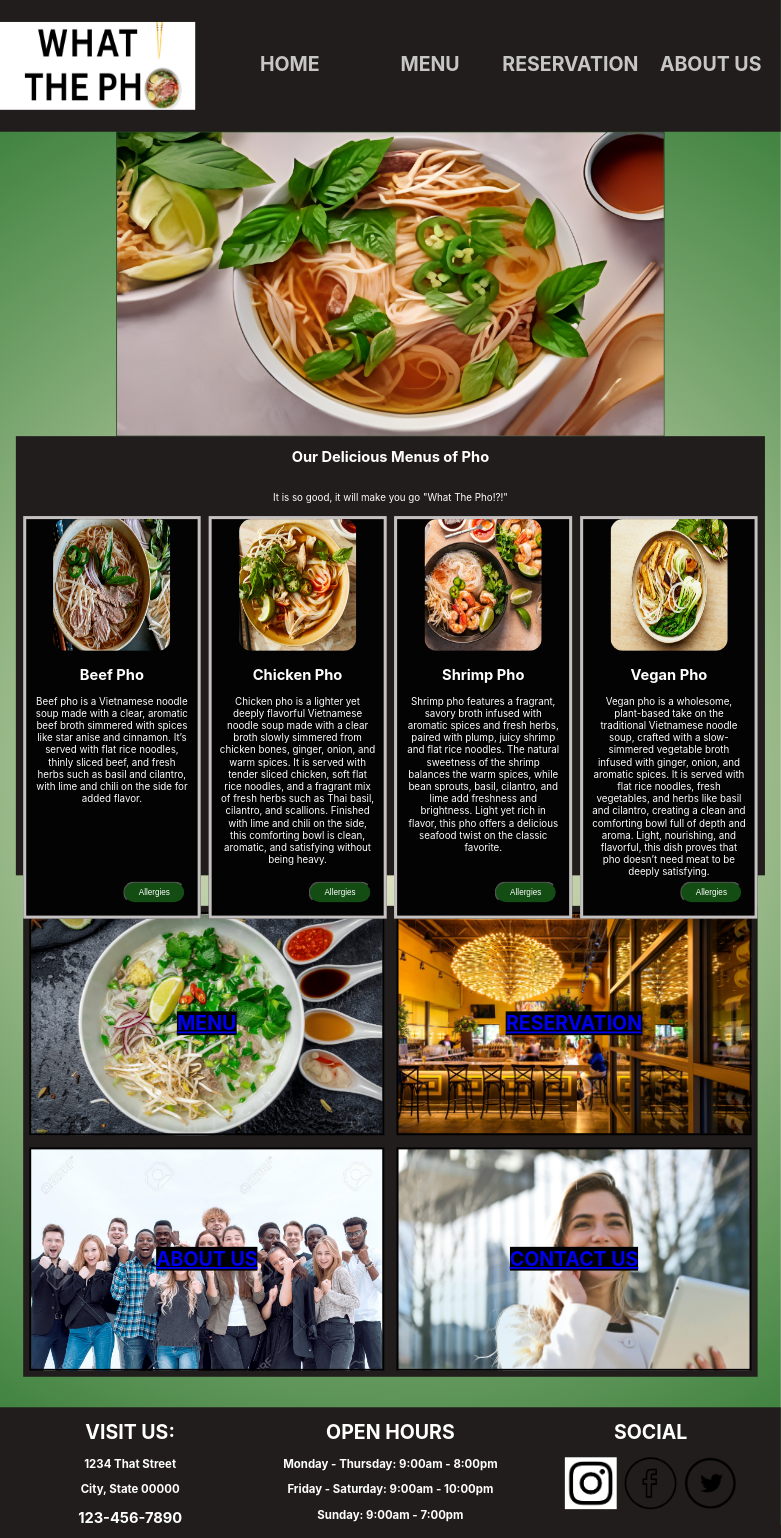
Repository: NguyenkhDang/Restaurant-Website
Page: /
These files come from the project's save history. The page is drawn as it stood at one moment and after the next save; the edit follows.
The browser window is 1280 px wide. The pictures show the whole page, at 61% of full size.
The project was rebuilt for these pictures with package versions that can differ from the ones it lists, and the page was loaded fresh each time. Also part of the build but not shown: src/Pages/MenuPage.js, src/CSS/ReservationForm.css, src/ReservationForm.js, src/Pages/ReservationPage.js, src/CSS/AboutUs.css, src/Pages/AboutUsPage.js, src/CSS/ContactUs.css, src/Pages/ContactUsPage.js.

Above is the page before, as saved 2026-01-18 22:45:41.

After the next save:
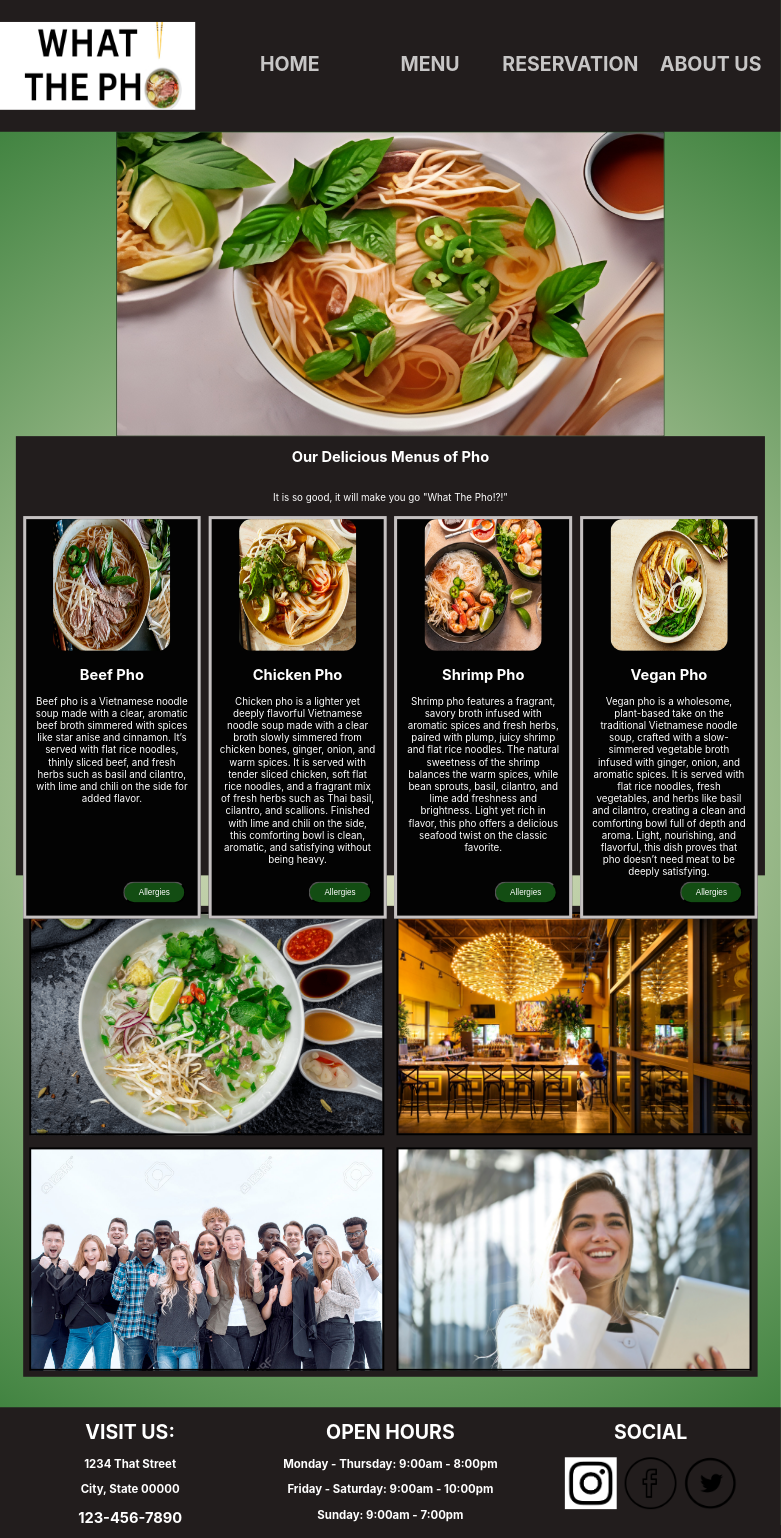
Saved 22 s later.
--- a/src/CSS/SectionContainer.css
+++ b/src/CSS/SectionContainer.css
@@ -23,11 +23,11 @@
   border: 3px solid black;
 }
 .containerMain div:hover + h1{
-  background-color: black;
+  display: block;
 }
 
 .containerMain div h1{
-  background-color: black;
+  display: none;
 }
 
 .containerMain a:hover{

After the save that followed:
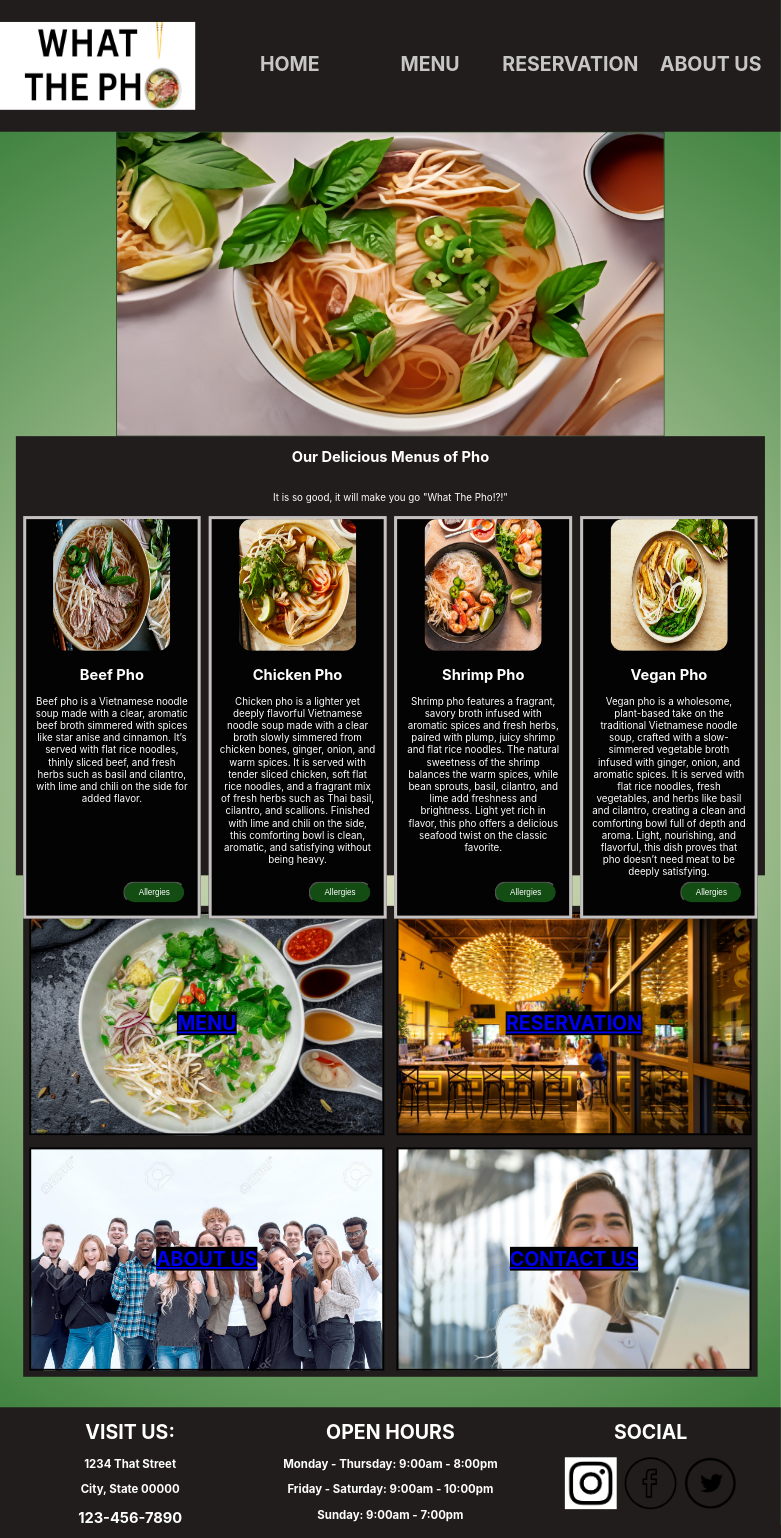
Saved 6 s later.
--- a/src/CSS/SectionContainer.css
+++ b/src/CSS/SectionContainer.css
@@ -27,7 +27,7 @@
 }
 
 .containerMain div h1{
-  display: none;
+  background-color: black;
 }
 
 .containerMain a:hover{
